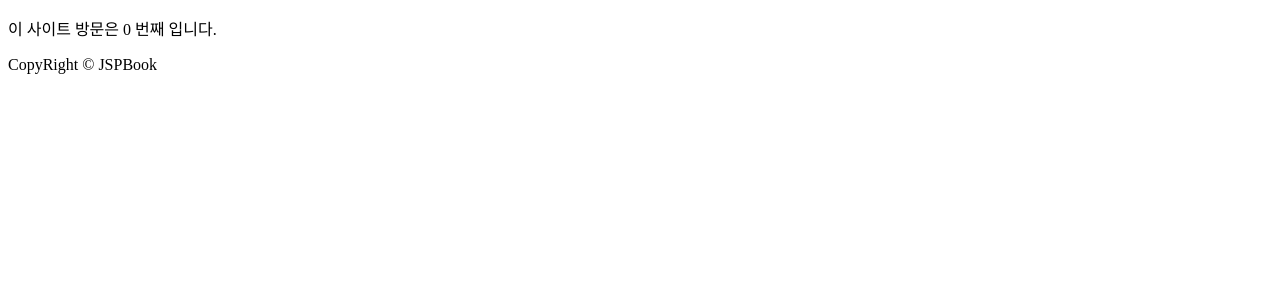
Repository: wonghye/jspworks
Page: http://localhost/jweb/ch02/include/main.jsp
The author's editor kept a copy of each file at every save. The page is drawn from the files as they stood at one save, then again after a run of saves.
The browser window is 1280 px wide. The pictures show the whole page.
The page is served by Tomcat 9. Other server files are loaded and not shown.

Above is the page before, as saved 2022-07-19 00:57:59.

### jweb/src/main/webapp/ch02/include/main.jsp
<%@ page language="java" contentType="text/html; charset=EUC-KR"
    pageEncoding="EUC-KR"%>
<!DOCTYPE html>
<html>
<head>
<meta charset="EUC-KR">
<title>메인 페이지 입니다.</title>
</head>
<body>
	<%@ include file = "header.jsp" %>

	<%@ include file = "footer.jsp" %>
</body>
</html>

### jweb/src/main/webapp/ch02/include/header.jsp
<%@ page language="java" contentType="text/html; charset=EUC-KR"
    pageEncoding="EUC-KR"%>
<!DOCTYPE html>
<html>
<head>
<meta charset="EUC-KR">
<title>디렉티브 태그 예제</title>
</head>
<body>
	<%
		int pageCount = 0;


	%>

	<p> 이 사이트 방문은 <%=pageCount %> 번째 입니다.</p>
</body>
</html>

### jweb/src/main/webapp/ch02/include/footer.jsp
<%@ page language="java" contentType="text/html; charset=EUC-KR"
    pageEncoding="EUC-KR"%>
<!DOCTYPE html>
<html>
<head>
<meta charset="EUC-KR">
<title>Footer</title>
</head>
<body>
	<p>CopyRight &copy; JSPBook</p>
</body>
</html>

After the next 2 saves:
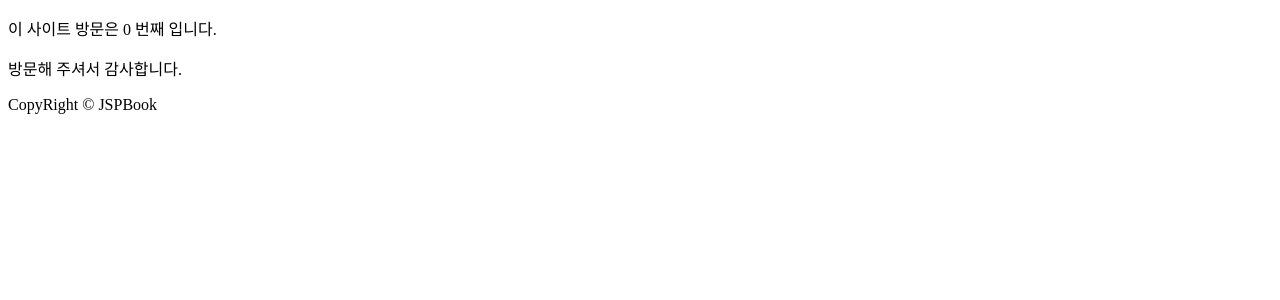
The 2 saves are shown as one change because they came seconds apart.
The last was saved 16 s later.
--- a/jweb/src/main/webapp/ch02/include/main.jsp
+++ b/jweb/src/main/webapp/ch02/include/main.jsp
@@ -9,6 +9,8 @@
 <body>
 	<%@ include file = "header.jsp" %>
 
+	<p>방문해 주셔서 감사합니다.</p>
+
 	<%@ include file = "footer.jsp" %>
 </body>
 </html>
